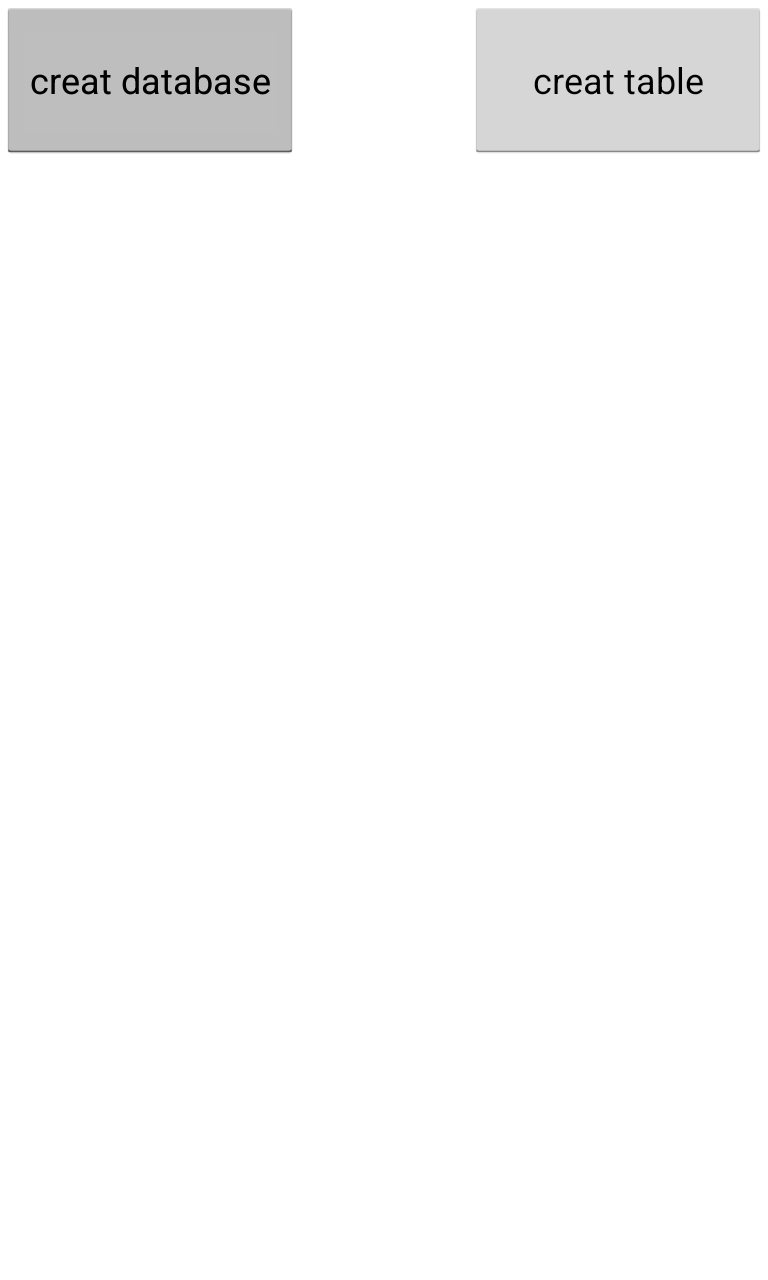
Repository: GuardLDW/HERO
Layout: GuardLDW/res/layout/db.xml
These files come from the project's save history. The layout is drawn as it stood at one moment and after the next save; the edit follows.
It is drawn on a 768 x 1280 px phone screen (xhdpi) without system bars, with theme AppTheme; the app's code is not run.

Above is the layout before, as saved 2016-11-03 07:23:46.

After the next save:
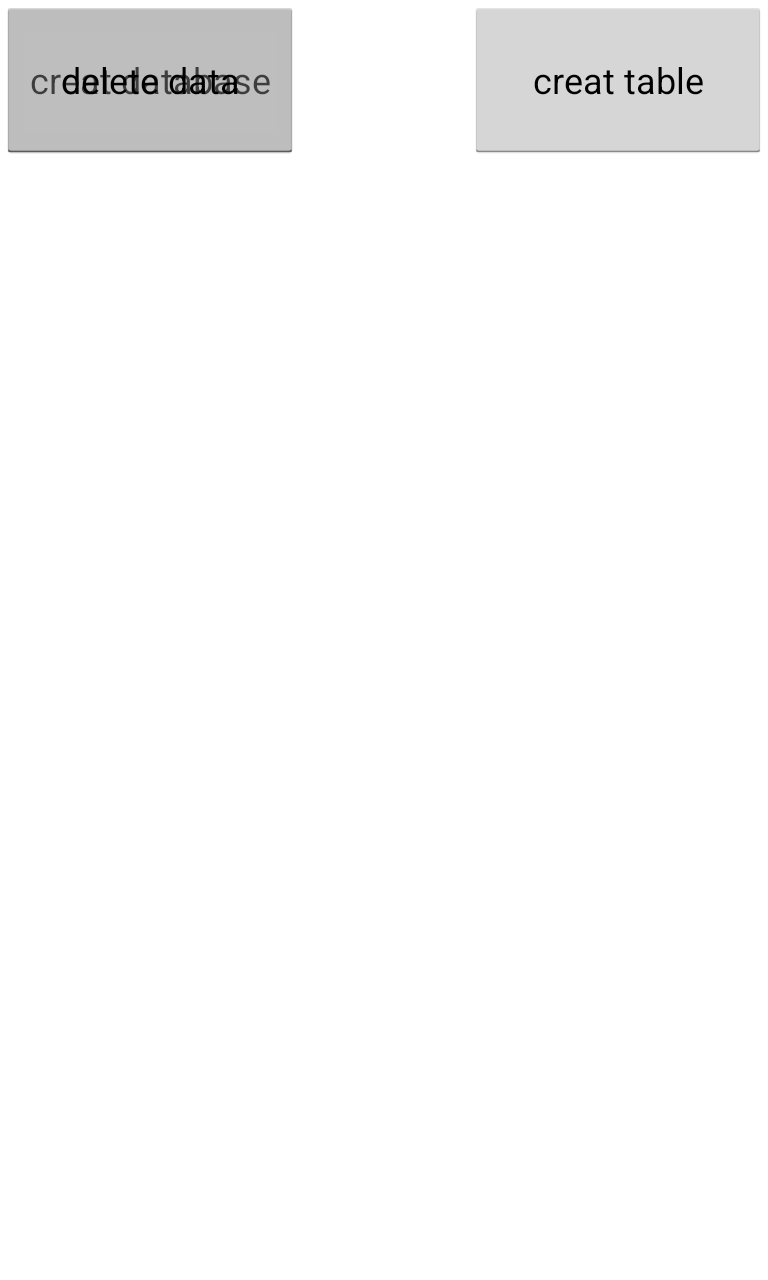
Saved 8 s later.
--- a/GuardLDW/res/layout/db.xml
+++ b/GuardLDW/res/layout/db.xml
@@ -24,7 +24,7 @@
         android:id="@+id/button_deleteData"
         android:layout_width = "150dp"
         android:layout_height = "80dp"
-        android:text="creat database">
+        android:text="delete data">
 
     </Button>
 
